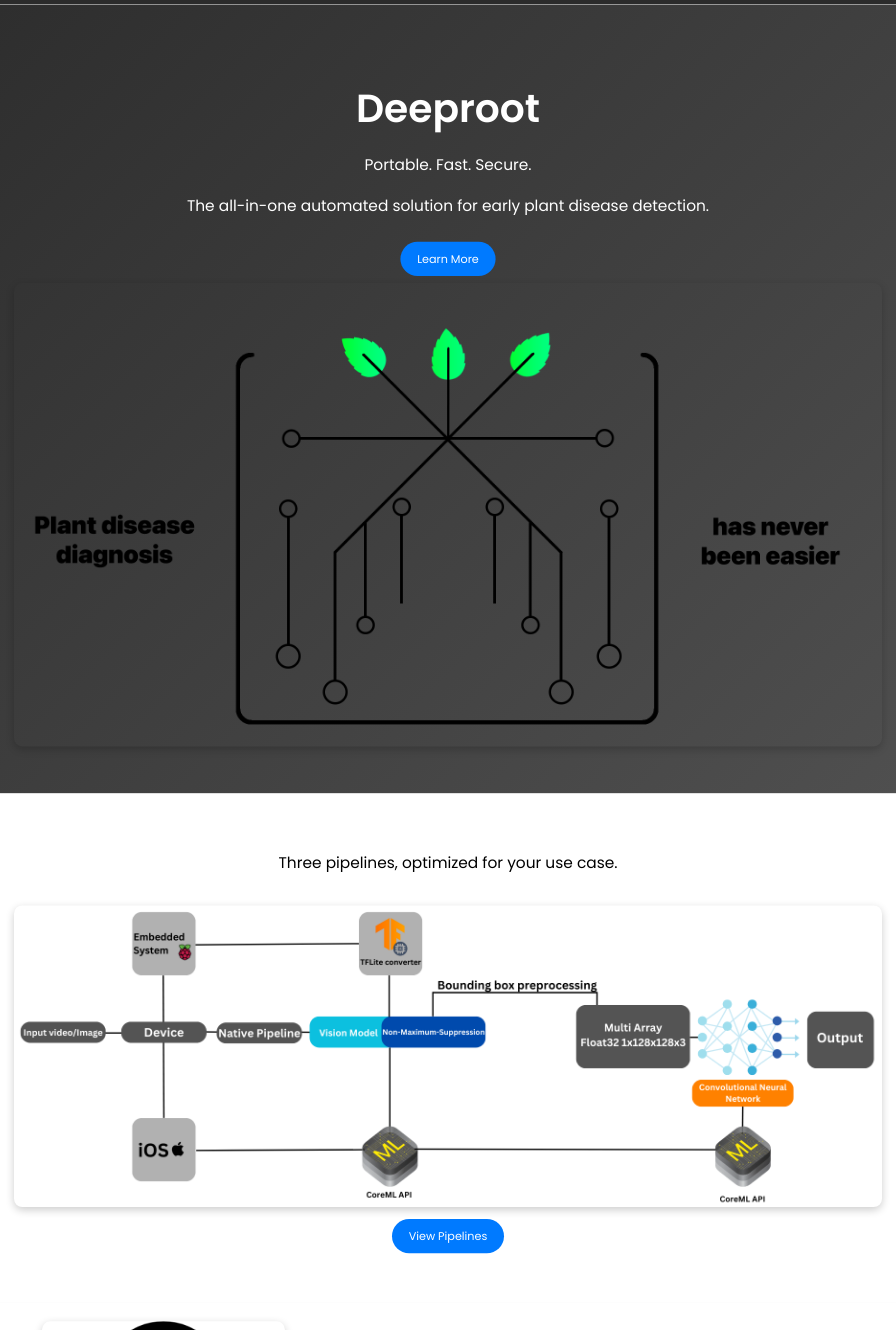
Repository: jss1118/The-Deeproot-Project
Page: Website/index.html
These files come from the project's save history. The page is drawn as it stood at one moment and after the next save; the edit follows.
The browser window is 1280 px wide. The pictures show the part of the page from y = 49 to 1949 px (the page is 3212 px tall before and 2412 px after), at 70% of full size.
Pictures or frames that could not be fetched are drawn as grey boxes.

Above is the page before, as saved 2025-03-21 12:15:00.

### Website/index.html
<!DOCTYPE html>
<html lang="en">

<head>
  <meta charset="UTF-8">
  <meta name="viewport" content="width=device-width, initial-scale=1.0">
  <title>Deeproot A.I</title>
  <link href="https://fonts.googleapis.com/css2?family=Poppins:wght@400;600&display=swap" rel="stylesheet">
  <style>
    body {
      margin: 0;
      font-family: 'Poppins', sans-serif;
      overflow-x: hidden;
      background-color: #f5f5f5;
    }

    nav {
      background: rgba(22, 22, 22, 0.9);
      position: sticky;
      top: 0;
      width: 100%;
      z-index: 1000;
      display: flex;
      justify-content: center;
    }

    .navlinks {
      list-style: none;
      display: flex;
      gap: 30px;
      padding: 15px;
      margin: 0;
    }

    .navlink, .navicon svg {
      color: #d3d3d3;
      text-decoration: none;
      transition: color 0.3s;
    }

    .navlink:hover, .mainpagelink a:hover {
      color: white;
    }

    .mainpage2, .mainpage3, .mainpage4 {
      padding: 60px 20px;
      text-align: center;
    }

    .mainpage2 {
      background: linear-gradient(135deg, #2e2e2e, #4f4f4f);
      color: white;
    }

    .mainpage2 img, .mainpage3 img, .promo1 img {
      max-width: 100%;
      height: auto;
      border-radius: 12px;
      box-shadow: 0 4px 12px rgba(0,0,0,0.2);
    }

    .mp2-title1 {
      font-size: 56px;
      font-weight: 600;
      margin-bottom: 15px;
    }

    .mp2-desc, .mp3desc {
      font-size: 22px;
      margin-bottom: 25px;
    }

    .mainpagelink a {
      display: inline-block;
      margin: 10px;
      padding: 12px 24px;
      background: #007aff;
      color: white;
      border-radius: 25px;
      text-decoration: none;
      transition: background 0.3s;
    }

    .mainpage3 {
      background: white;
    }

    .mainpage3 img {
      margin-top: 20px;
      border-radius: 12px;
    }

    .mainpage4 {
      display: grid;
      grid-template-columns: repeat(auto-fit, minmax(300px, 1fr));
      gap: 20px;
      background-color: white;
      padding: 40px;
    }

    .promo1, .promo2, .promo3, .promo4, .promo5, .promo6 {
      background-size: cover;
      background-position: center;
      height: 450px;
      display: flex;
      flex-direction: column;
      justify-content: flex-end;
      padding: 20px;
      color: white;
      border-radius: 12px;
      position: relative;
    }

    .promo1 img, .promo2 img, .promo3 img, .promo4 img, .promo5 img, .promo6 img {
      margin-bottom: 10px;
    }

    .promo1 {
      background-color: #9a8fa8;
      color: #f5f5f5;
    }

    .promo2 { background-image: url('https://www.apple.com/v/home/az/images/promos/wwdc23-announce/promo_wwdc23__b68ptht3mro2_large.jpg'); }
    .promo3 { background-image: url('https://www.apple.com/v/home/az/images/promos/ipad/promo_ipad__fioegapg12qi_large.jpg'); }
    .promo4 { background-image: url('https://www.apple.com/v/home/az/images/promos/macbook-pro-14-and-16/promo_mbp__ek7p477bkp6q_large.jpg'); }
    .promo5 { background-image: url('https://www.apple.com/v/home/az/images/promos/mothers-day-2023/airpods/promo__sw58lbodkmqq_large.jpg'); }
    .promo6 { background-image: url('https://www.apple.com/in/home/promos/apple-watch-ultra/images/promo_apple_watch_ultra__gnsqulvdc4a6_large.jpg'); }

    footer {
      background-color: #2e2e2e;
      color: #ccc;
      text-align: center;
      padding: 30px 20px;
      margin-top: 40px;
    }

    footer a {
      color: #007aff;
      text-decoration: underline;
    }

    @media (max-width: 768px) {
      .mp2-title1 { font-size: 40px; }
      .mp2-desc, .mp3desc { font-size: 18px; }
      .mainpagelink a { padding: 10px 20px; }
    }
  </style>
</head>

<body>
  <nav>
    <ul class="navlinks">
      <li><a class="navlink" href="/">iOS</a></li>
      <li><a class="navlink" href="/applestore">Raspberry Pi 5</a></li>
      <li><a class="navlink" href="/">Native</a></li>
      <li><a class="navlink" href="/">State-of-the-art Models</a></li>
      <li><a class="navlink" href="/">Developers</a></li>
    </ul>
  </nav>

  <section class="mainpage2">
    <h1 class="mp2-title1">Deeproot</h1>
    <p class="mp2-desc">Portable. Fast. Secure.</p>
    <p class="mp2-desc">The all-in-one automated solution for early plant disease detection.</p>
    <div class="mainpagelink"><a href="#">Learn More</a></div>
    <img src="wide logo.png" alt="Deeproot Logo">
  </section>

  <section class="mainpage3">
    <p class="mp3desc">Three pipelines, optimized for your use case.</p>
    <img src="newgraph.png" alt="Machine Learning Pipelines">
    <div class="mainpagelink"><a href="#">View Pipelines</a></div>
  </section>

  <section class="mainpage4">
    <div class="promo1">
      <img src="lock.fill.png" alt="Promo icon">
      <p>Edge processing, completely private.</p>
      <div class="mainpagelink"><a href="#">Learn More</a></div>
    </div>
    <div class="promo2"></div>
    <div class="promo3"></div>
    <div class="promo4"></div>
    <div class="promo5"></div>
    <div class="promo6"></div>
  </section>

  <footer>
    <p>The Deeproot Project by <a href="https://github.com/iamreiyn">Josh Stanley</a></p>
    <p>Deeproot started by Josh Stanley as an 8th grade science project and grew into a full application, helping farmers detect plant diseases early. It combines deep learning and computer vision to protect crops in a cost-effective and automated way.</p>
  </footer>
</body>
</html>

After the next save:
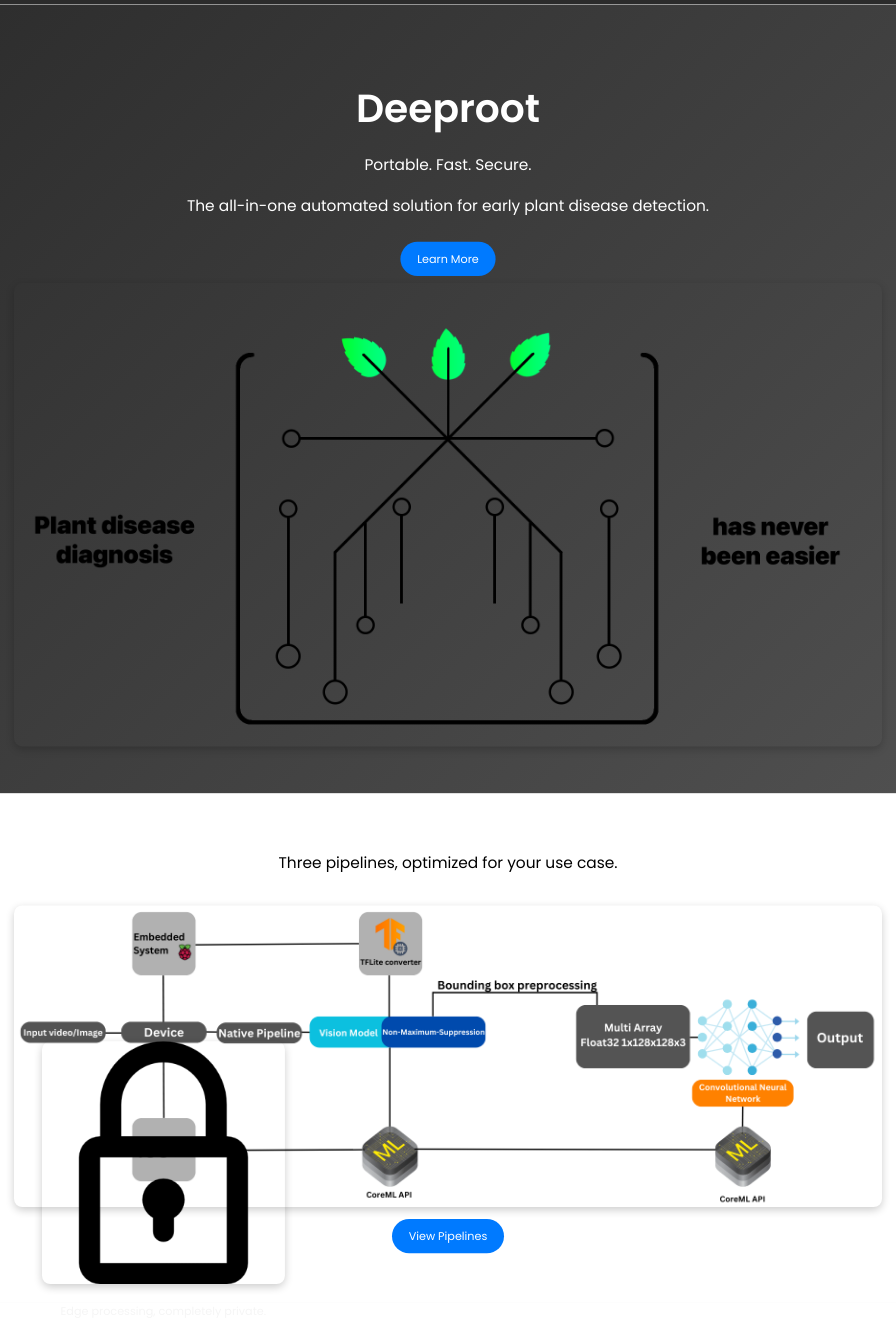
Saved 24 s later.
--- a/Website/index.html
+++ b/Website/index.html
@@ -101,7 +101,7 @@
     .promo1, .promo2, .promo3, .promo4, .promo5, .promo6 {
       background-size: cover;
       background-position: center;
-      height: 450px;
+      height: 50px;
       display: flex;
       flex-direction: column;
       justify-content: flex-end;

After the save that followed:
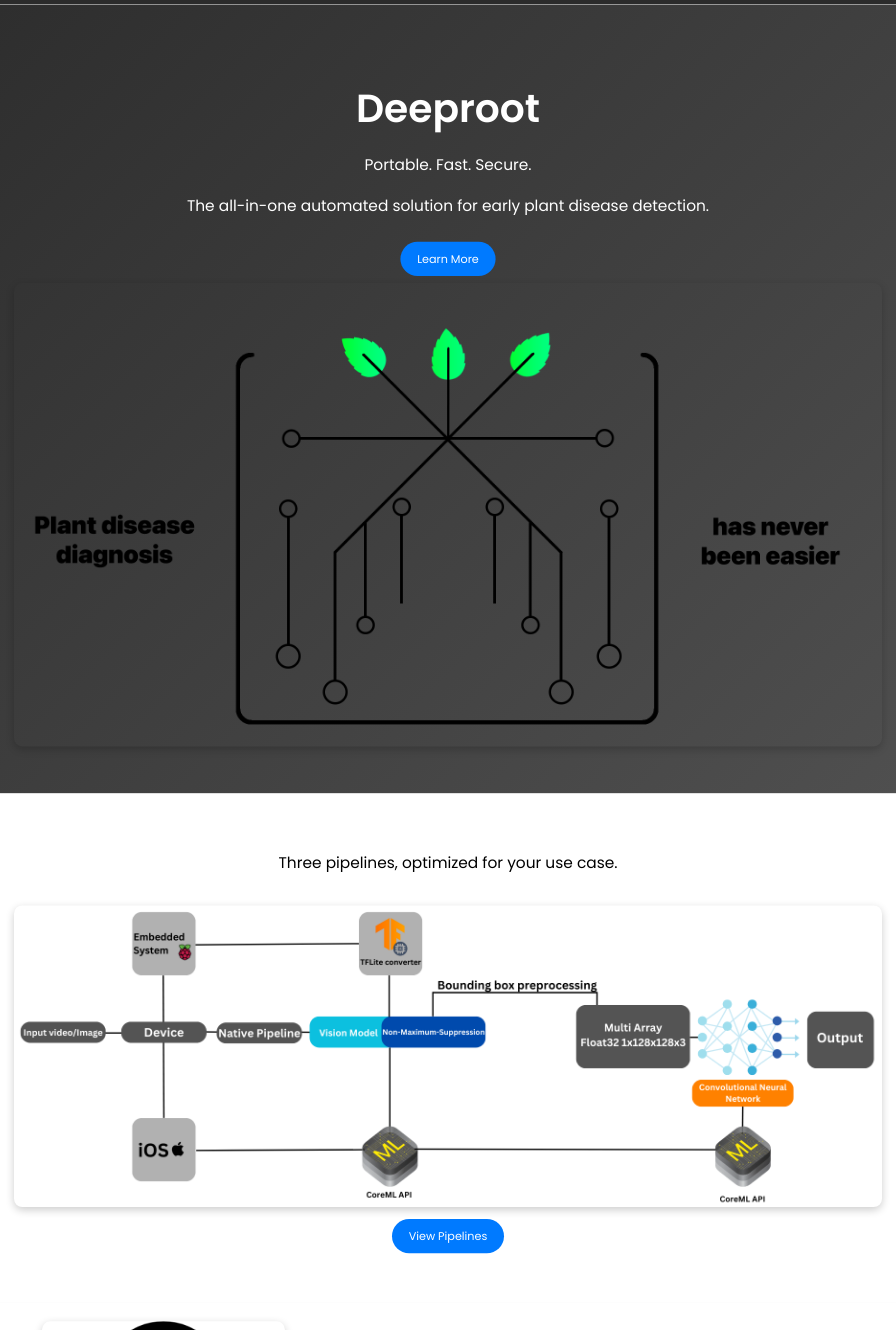
Saved 6 s later.
--- a/Website/index.html
+++ b/Website/index.html
@@ -101,7 +101,7 @@
     .promo1, .promo2, .promo3, .promo4, .promo5, .promo6 {
       background-size: cover;
       background-position: center;
-      height: 50px;
+      height: 450px;
       display: flex;
       flex-direction: column;
       justify-content: flex-end;
